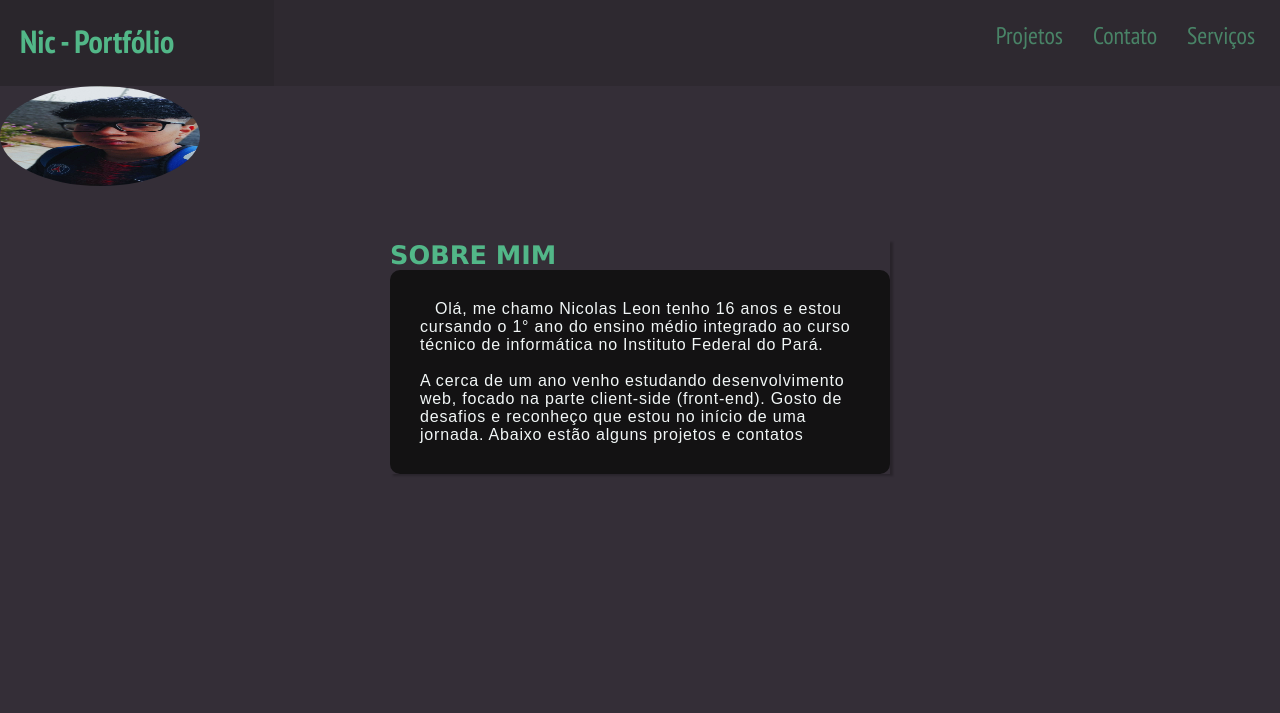
Repository: Leonngc/portfolio
Page: index.html
The author's editor kept a copy of each file at every save. The page is drawn from the files as they stood at one save, then again after a run of saves.
The browser window is 1280 px wide. The pictures show the whole page.

Above is the page before, as saved 2022-12-02 22:52:23.

After the next 2 saves:
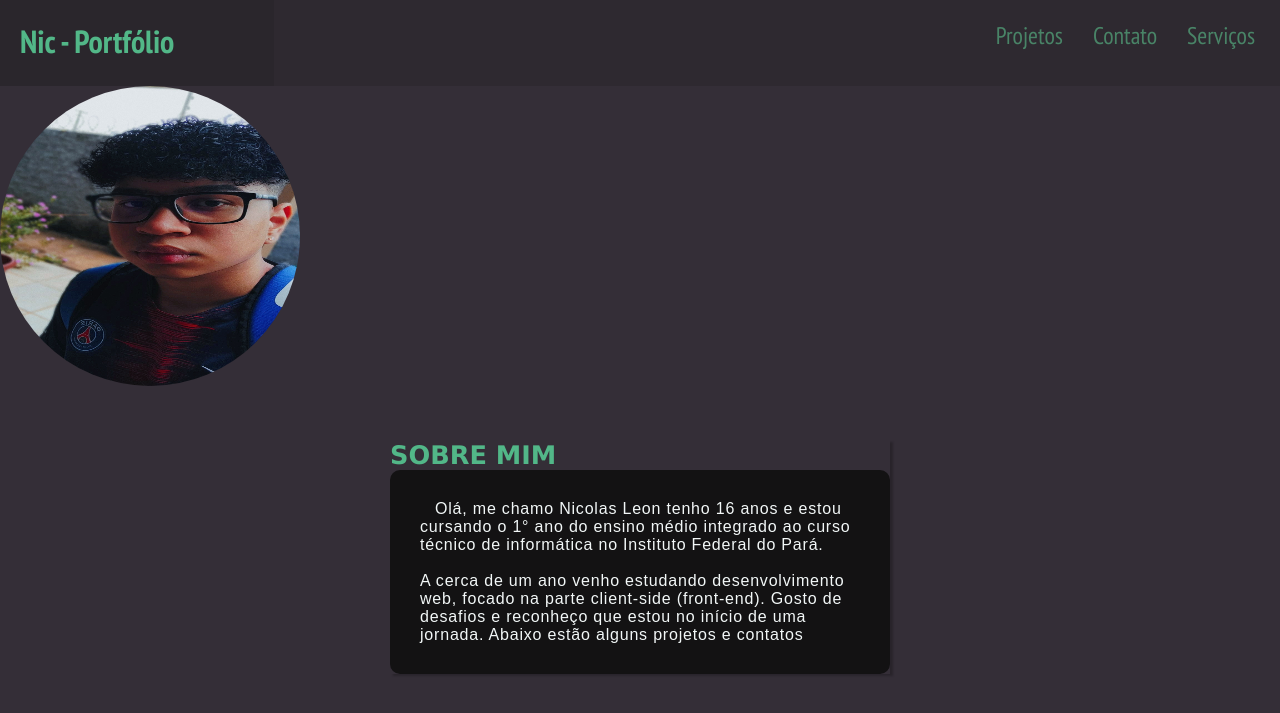
The 2 saves are shown as one change because they came seconds apart.
The last was saved 6 s later.
--- a/home.css
+++ b/home.css
@@ -62,8 +62,8 @@
 }
 
 span > img{
-    width: 200px;
-    height: 100px;
+    width: 300px;
+    height: 300px;
     border-radius: 50%;
 }
 
